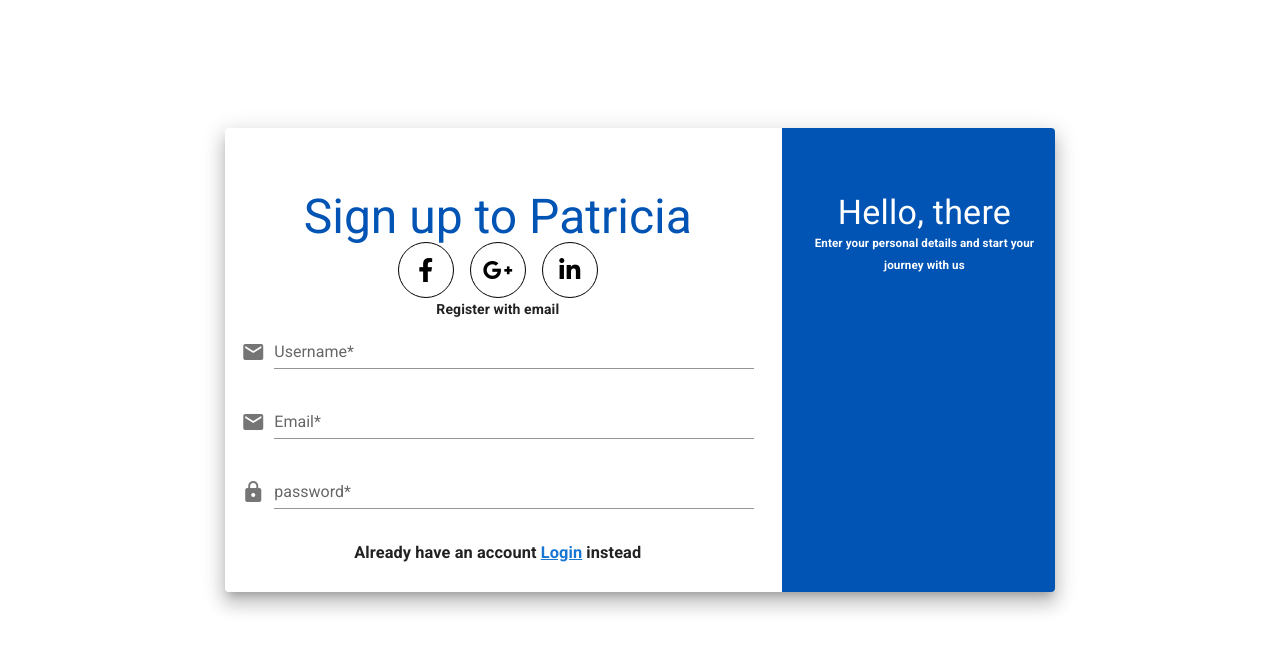
Repository: akinsikuoluwafemi/Pats_userAuth
Page: /signup
The author's editor kept a copy of each file at every save. The page is drawn from the files as they stood at one save, then again after the next save.
The browser window is 1280 px wide. The pictures show the whole page.
The project was rebuilt for these pictures with package versions that can differ from the ones it lists, and the page was loaded fresh each time. Also part of the build but not shown: vue.config.js, src/views/Login.vue, src/views/UserInfo.vue.

Above is the page before, as saved 2020-11-05 21:38:46.

### src/main.js
import Vue from 'vue'
import App from './App.vue'
import router from './router'
import vuetify from './plugins/vuetify';
import store from './store';

Vue.config.productionTip = false

new Vue({
  store,
  router,
  vuetify,
  render: h => h(App)
}).$mount('#app')

### src/App.vue
<template>
  <v-app>


    <v-main>
      <router-view></router-view>
    </v-main>
  </v-app>
</template>

<script>

export default {
  name: 'App',

  components: {

},

  data: () => ({
    //
  }),
};
</script>

### src/router/index.js
import Vue from 'vue'
import VueRouter from 'vue-router'
// import Home from '../views/Home.vue'
import Login from '../views/Login.vue'
import Signup from "../views/Signup.vue";
import UserInfo from "../views/UserInfo.vue";


Vue.use(VueRouter)

const routes = [
  {
    path: "/",
    name: "Userinfo",
    component: UserInfo,
    meta: {
      requiresAuth: true,
    },
  },
  {
    path: "/login",
    name: "Login",
    component: Login

  },

  {
    path: "/signup",
    name: "Signup",
    component: Signup,
  },

  {
    path: "/userinfo",
    // name: "Userinfo",
    // component: UserInfo,
  },
  {
    path: "/about",
    name: "About",
    // route level code-splitting
    // this generates a separate chunk (about.[hash].js) for this route
    // which is lazy-loaded when the route is visited.
    component: () =>
      import(/* webpackChunkName: "about" */ "../views/About.vue"),
  },
];

const router = new VueRouter({
  mode: 'history',
  base: process.env.BASE_URL,
  routes
})



export default router

### src/plugins/vuetify.js
import "@fortawesome/fontawesome-free/css/all.css"
import 'material-design-icons-iconfont/dist/material-design-icons.css'
import Vue from 'vue';
import Vuetify from 'vuetify/lib';

Vue.use(Vuetify);

export default new Vuetify({
    icons: {
        iconfont: 'md' || 'fa'
    }
});

### src/store/index.js
import Vuex from 'vuex';
import Vue from 'vue';
import auth from './modules/auth';


// Load Vuex
Vue.use(Vuex);


// create store
export default new Vuex.Store({
    modules: {
        auth
    }
});

### src/views/Signup.vue
<template>
  <v-app>
    <v-content>
      <v-container class="fill-height" fluid>
        <v-row align="center" justify="center">
          <v-col cols="12" sm="8" md="8">
            <v-card class="elevation-12">
              <v-window v-model="stop">
                <v-window-item :value="1">
                  <v-row>
                    <v-col cols="12" md="8">
                      <v-card-text class="mt-12">
                        <h1
                          class="text-center display-2"
                          v-bind:style="{ color: '#0153B4' }"
                        >
                          Sign up to Patricia
                        </h1>
                        <div class="text-center" mt-4>
                          <v-btn class="mx-2" fab color="black" outlined>
                            <v-icon>fab fa-facebook-f</v-icon>
                          </v-btn>
                          <v-btn class="mx-2" fab color="black" outlined>
                            <v-icon>fab fa-google-plus-g</v-icon>
                          </v-btn>
                          <v-btn class="mx-2" fab color="black" outlined>
                            <v-icon>fab fa-linkedin-in</v-icon>
                          </v-btn>
                        </div>
                        <h4 class="text-center mlt-4">Register with email</h4>
                        <v-form>
                          <v-text-field
                            v-model="username"
                            required

                            label="Username*"
                            name="username"
                            prepend-icon="email"
                            type="text"
                            v-bind:style="{ color: '#0153B4' }"
                          />

                          <v-text-field
                          v-model="email"
                            required

                            label="Email*"
                            name="Email"
                            prepend-icon="email"
                            type="text"
                            v-bind:style="{ color: '#0153B4' }"
                          />

                            <v-text-field
                            v-model="password"
                            required
                            id="password"
                            label="password*"
                            name="Password"
                            prepend-icon="lock"
                            type="password"
                            v-bind:style="{ color: '#0153B4' }"
                          />
                        <h3 class="text-center mt-3">
                          Already have an account
                          <router-link to="/login"> Login</router-link> instead
                        </h3>

                        </v-form>

                      </v-card-text>
                      <div class="text-center mt-3">

                      </div>
                    </v-col>
                    <v-col
                      cols="12"
                      md="4"
                      class=""
                      v-bind:style="{ background: '#0153B4' }"
                    >
                      <v-card-text class="white--text mt-12">
                        <h1 class="text-center display-1">Hello, there</h1>
                        <h5 class="text-center">
                          Enter your personal details and start your journey
                          with us
                        </h5>
                      </v-card-text>
                      <div class="text-center">
                        <!-- <v-btn
                        rounded
                        dark
                        v-bind:style="{ background: '#fff', color: '#0153B4' }"


                        >
                          SIGN UP
                        </v-btn> -->
                      </div>
                    </v-col>
                  </v-row>
                </v-window-item>

              </v-window>
            </v-card>
          </v-col>
        </v-row>
      </v-container>
    </v-content>
  </v-app>
</template>
<script>
export default {
  data: () => ({
    email: '',
    password: '',
    username: '',
    authPassword: 'password',
    userArr: []
  }),
  props: {
    source: String
  },
  methods: {
       handleSignup: function() {
         let user = {
        email: this.email,
        password: this.password,
        username: this.username
      }

      localStorage.setItem('user', JSON.stringify(user))
      this.addUser(user)
      localStorage.setItem('allUsers', JSON.stringify(this.userArr))

      alert('you have successfully Signed in')
      this.$router.push('/')
      window.location.reload(true)

      this.email = "",
      this.password = "",
      this.username = ""
      alert(JSON.stringify(this.userArr))


    },
    addUser: function(entry){
      return this.userArr.push(entry)
    }
  }
}
</script>

### src/store/modules/auth.js
const state = {
    users: []
}

const getters = {
    allUsers: (state) => state.users
}

const actions = {}

const mutations = {}


export default {
  state,
  getters,
  actions,
  mutations,
};

Loaded but not shown: public/index.html (common file)

After the next save:
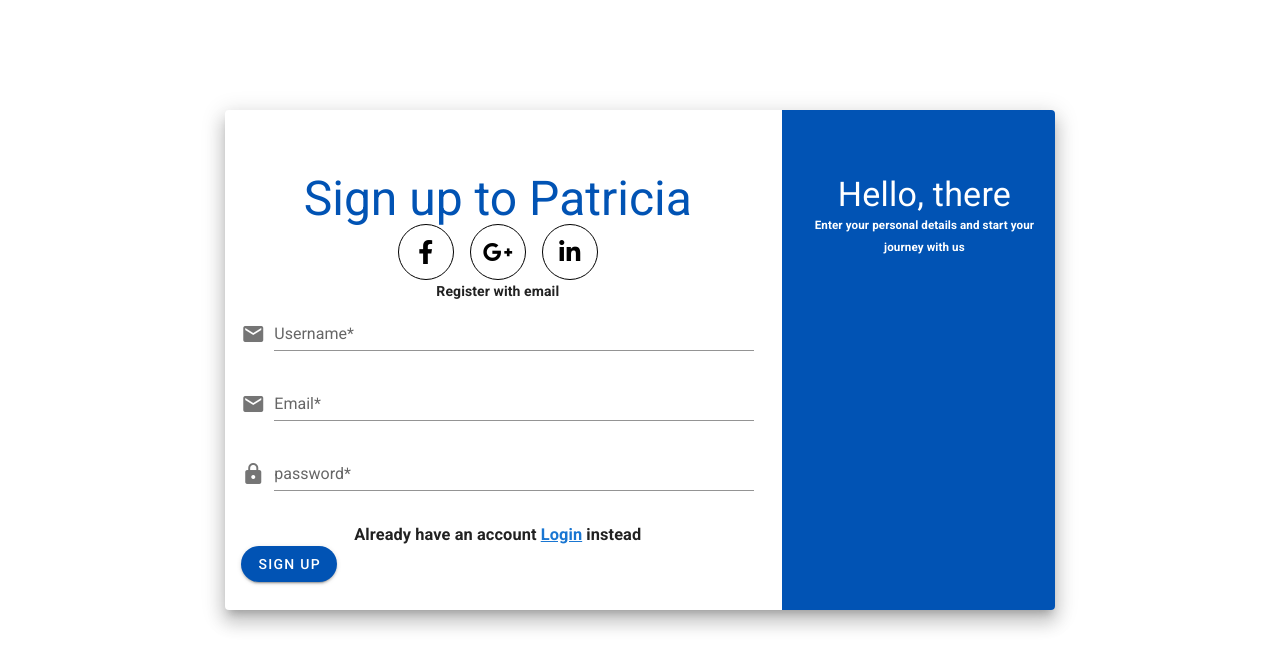
Saved 7 s later.
--- a/src/views/Signup.vue
+++ b/src/views/Signup.vue
@@ -65,6 +65,11 @@
                           Already have an account
                           <router-link to="/login"> Login</router-link> instead
                         </h3>
+                        <v-btn
+  rounded
+  v-bind:style="{ background: '#0153B4' }"
+  dark
+  @submit.prevent="handleSignup">Sign Up</v-btn>
 
                         </v-form>
 
